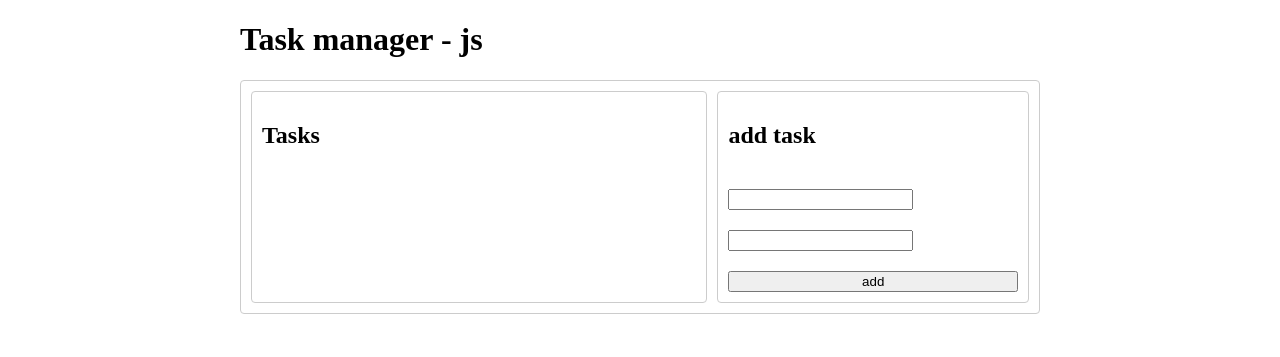
Repository: iKrekus/taskmgr-js
Page: index.html
These files come from the project's save history. The page is drawn as it stood at one moment and after the next save; the edit follows.
The browser window is 1280 px wide. The pictures show the whole page.

Above is the page before, as saved 2024-03-15 13:38:10.

After the next save:
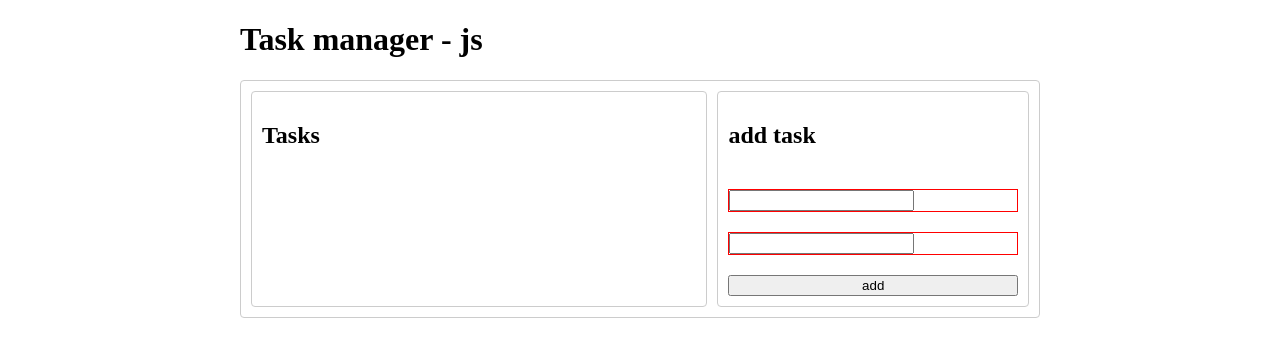
Saved 111 s later.
--- a/style.css
+++ b/style.css
@@ -25,7 +25,7 @@ li {
 
 }
 
-.task-mgr__field label {
+.task-mgr__add-task label {
   display: flex;
   flex-direction: row;
   border: 1px solid red;
